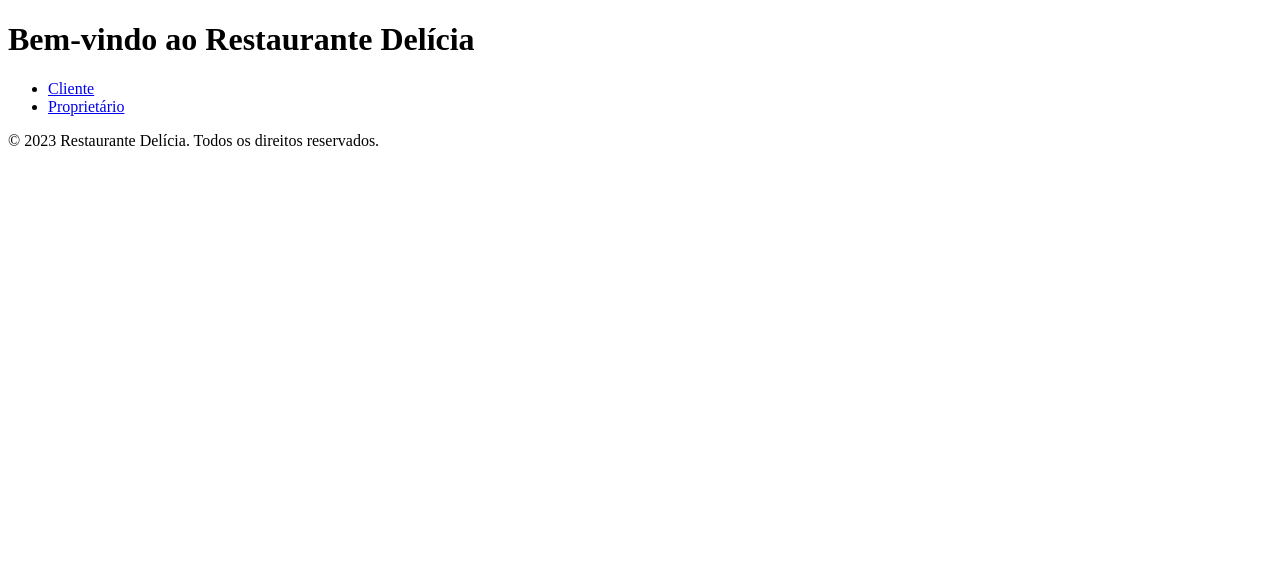
Repository: eupordias/frontarnia
Page: AULA 06/RESTAURANTE/index.html
An editor plug-in stored every save of this project. The page is shown before and after the next save, followed by the edit.
The browser window is 1280 px wide. The pictures show the whole page.
Some web libraries are served in a nearby version.

Above is the page before, as saved 2023-08-08 08:20:25.

### AULA 06/RESTAURANTE/index.html
<!DOCTYPE html>
<html>
<head>
    <title>Restaurante Delícia - Cliente</title>
    <link rel="stylesheet" type="text/css" href="styles.css">
</head>
<body>
    <header>
        <h1>Bem-vindo ao Restaurante Delícia</h1>
    </header>
    <nav>
        <ul>
            <li><a href="cliente.html">Cliente</a></li>
            <li><a href="proprietario.html">Proprietário</a></li>
        </ul>
    </nav>

    <footer>
        <p>&copy; 2023 Restaurante Delícia. Todos os direitos reservados.</p>
    </footer>
</body>
</html>

Loaded but not shown: AULA 06/RESTAURANTE/styles.css (no stored copy; drawn as an empty file)

After the next save:
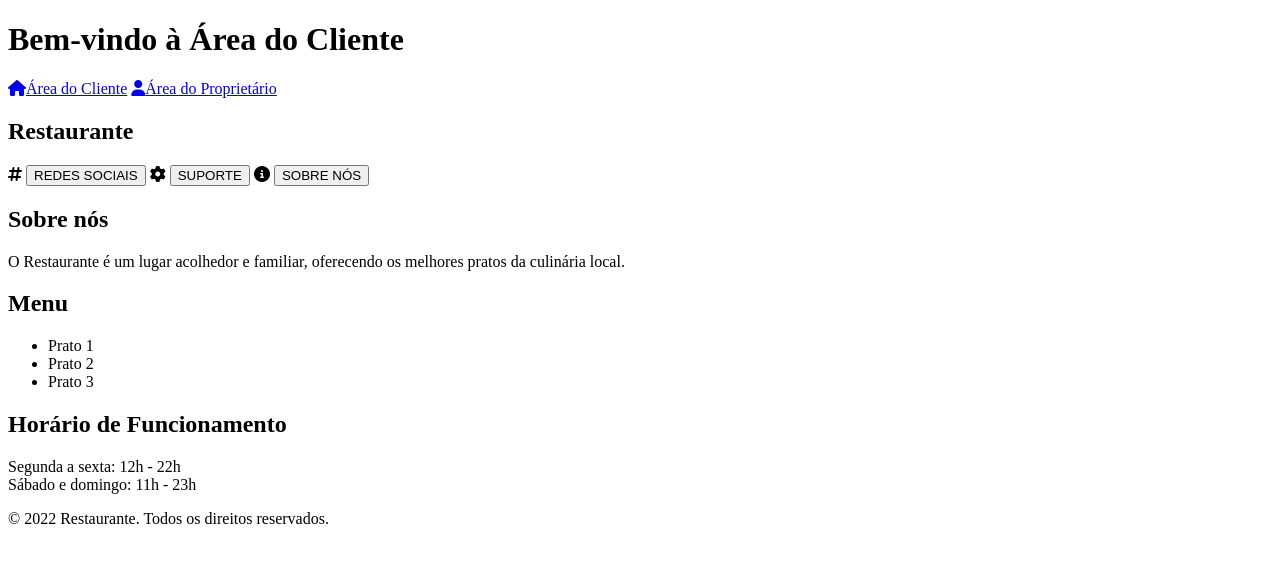
Saved 43 min 20 s later.
--- a/AULA 06/RESTAURANTE/index.html
+++ b/AULA 06/RESTAURANTE/index.html
@@ -1,22 +1,51 @@
 <!DOCTYPE html>
 <html>
-<head>
-    <title>Restaurante Delícia - Cliente</title>
-    <link rel="stylesheet" type="text/css" href="styles.css">
-</head>
-<body>
+  <head>
+    <title>Restaurante - Área do Cliente</title>
+    <link rel="stylesheet" href="styles.css" />
+  </head>
+
+  <body>
     <header>
-        <h1>Bem-vindo ao Restaurante Delícia</h1>
+        <script src="https://kit.fontawesome.com/fdbd215997.js" crossorigin="anonymous"></script>
+      <h1>Bem-vindo à Área do Cliente</h1>
     </header>
     <nav>
-        <ul>
-            <li><a href="cliente.html">Cliente</a></li>
-            <li><a href="proprietario.html">Proprietário</a></li>
-        </ul>
+      <a href="index.html"><i class="icon fas fa-home"></i>Área do Cliente</a>
+      <a href="proprietario.html"
+        ><i class="icon fas fa-user"></i>Área do Proprietário</a
+      >
     </nav>
+    <h2>Restaurante</h2>
+    <i class="icon fas fa-hashtag"></i>
+    <button class="button">REDES SOCIAIS</button>
+    <i class="icon fas fa-cog"></i>
+    <button class="button">SUPORTE</button>
+    <i class="icon fas fa-info-circle"></i>
+    <button class="button">SOBRE NÓS</button>
 
+    <main>
+      <h2>Sobre nós</h2>
+      <p>
+        O Restaurante é um lugar acolhedor e familiar, oferecendo os melhores
+        pratos da culinária local.
+      </p>
+
+      <h2>Menu</h2>
+      <ul>
+        <li>Prato 1</li>
+        <li>Prato 2</li>
+        <li>Prato 3</li>
+      </ul>
+
+      <h2>Horário de Funcionamento</h2>
+      <p>
+        Segunda a sexta: 12h - 22h<br />
+        Sábado e domingo: 11h - 23h
+      </p>
+    </main>
     <footer>
-        <p>&copy; 2023 Restaurante Delícia. Todos os direitos reservados.</p>
+      <p>© 2022 Restaurante. Todos os direitos reservados.</p>
     </footer>
-</body>
+  </body>
 </html>
